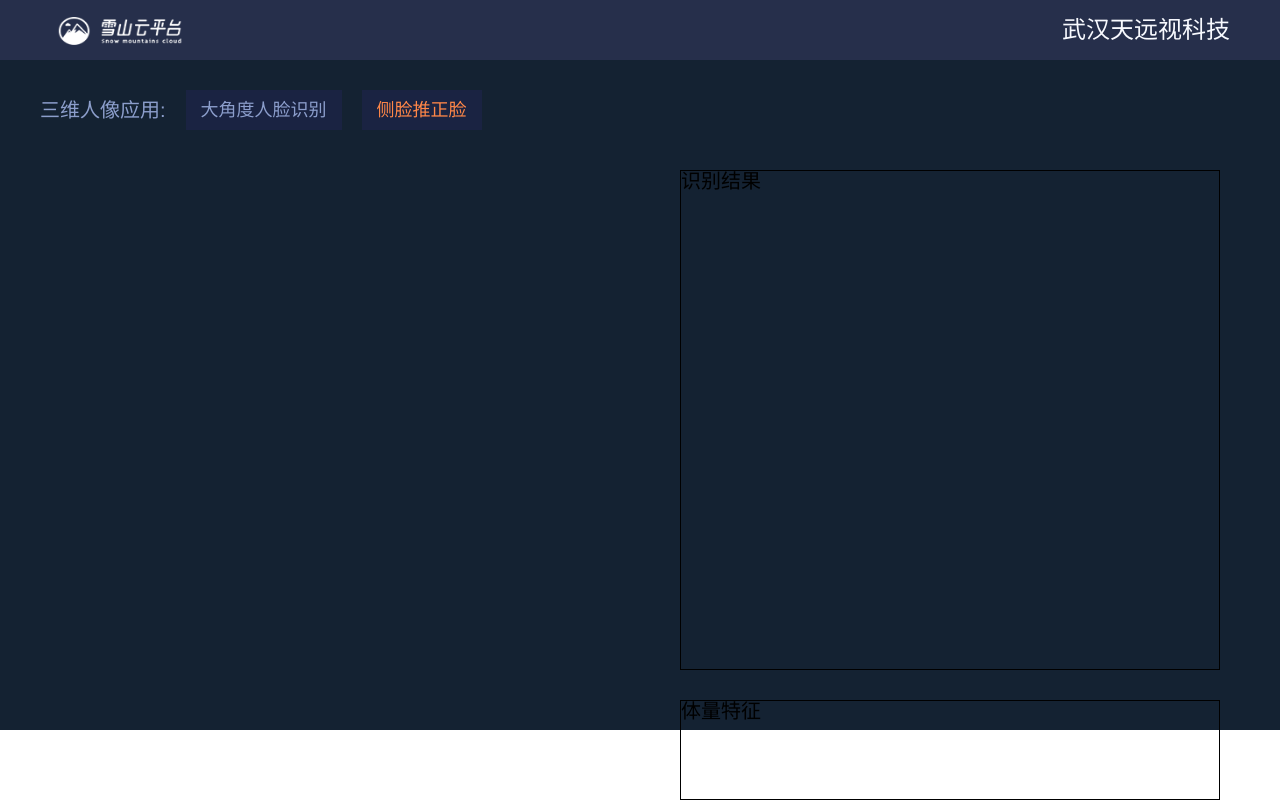
Repository: fyt2020/pubilcDemlo
Page: /#/face
The author's editor kept a copy of each file at every save. The page is drawn from the files as they stood at one save, then again after the next save.
The browser window is 1280 px wide. The pictures show the whole page.
The project was rebuilt for these pictures with package versions that can differ from the ones it lists, and the page was loaded fresh each time.

Above is the page before, as saved 2020-04-28 10:34:19.

After the next save:
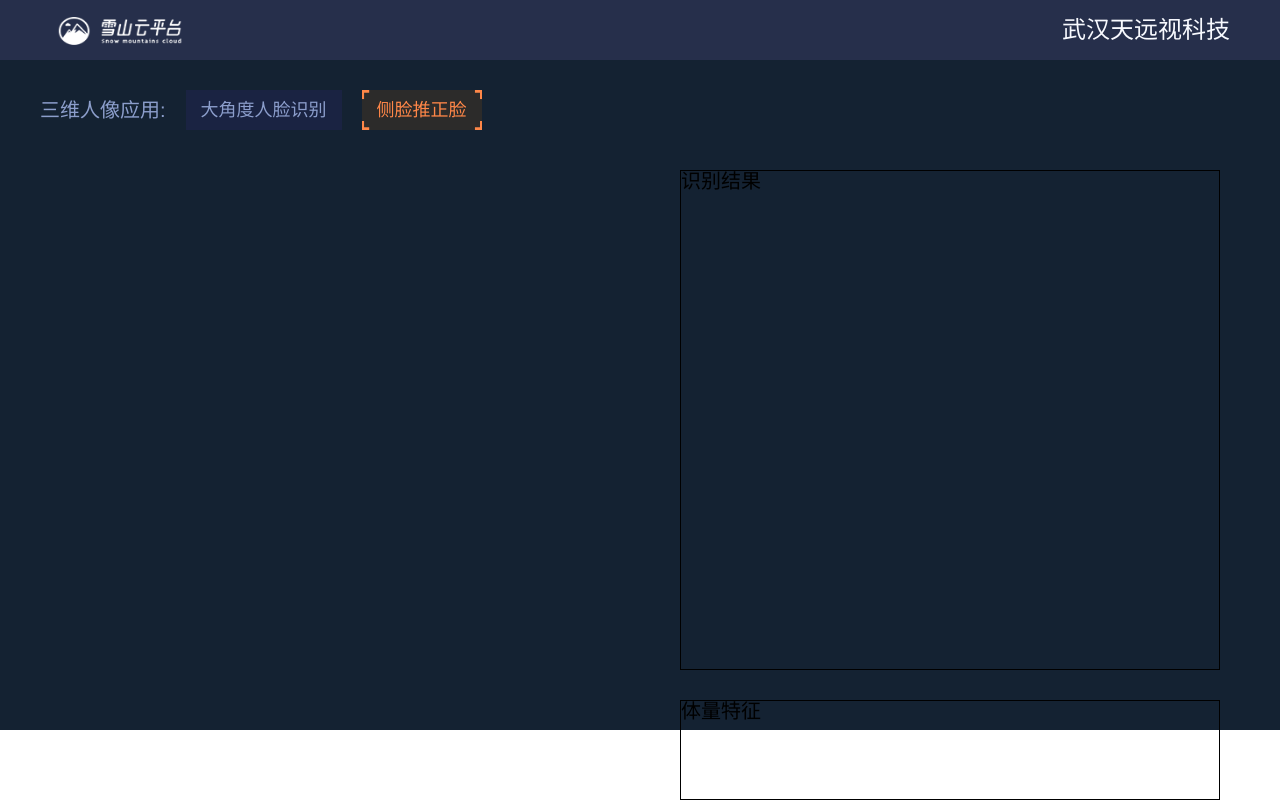
Saved 3 min 4 s later.
--- a/src/assets/css/home.scss
+++ b/src/assets/css/home.scss
@@ -54,6 +54,8 @@
         &__item.exactActive{
              display: flex;
              color: #ff8748;
+             background: url('@/assets/img/qhbtn.png') no-repeat center;
+             background-size: 100% 100%;
 
         }
     }
